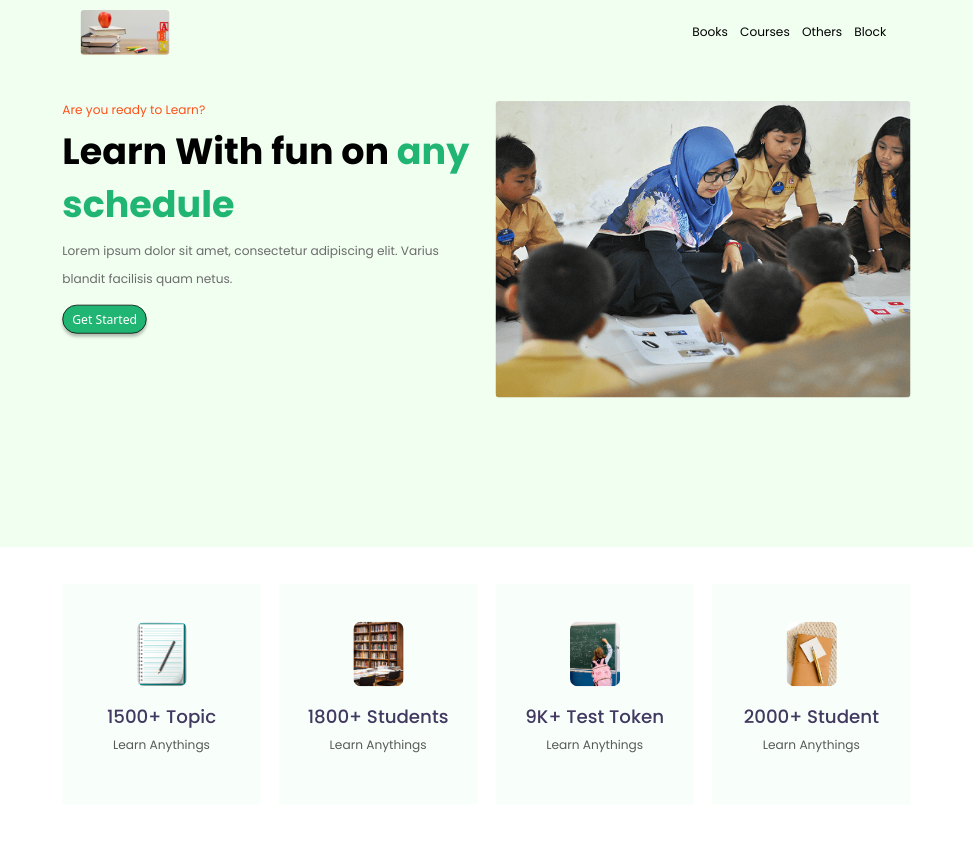
Repository: zjria/Figma-to-E-school
Page: index.html
The author's editor kept a copy of each file at every save. The page is drawn from the files as they stood at one save, then again after the next save.
The browser window is 1280 px wide. The pictures show the whole page, at 76% of full size.
Some web libraries are served in a nearby version.

Above is the page before, as saved 2022-05-07 07:06:18.

### index.html
<!doctype html>
<html lang="en">
  <head>
    <!-- Required meta tags -->
    <meta charset="utf-8">
    <meta name="viewport" content="width=device-width, initial-scale=1">
    <title>E-School</title>

    <!-- Google Font family -->
    <link rel="preconnect" href="https://fonts.googleapis.com">
    <link rel="preconnect" href="https://fonts.gstatic.com" crossorigin>
    <link href="https://fonts.googleapis.com/css2?family=Poppins:wght@100;300;400;500;600;700;800;900&display=swap" rel="stylesheet">
    <!-- Bootstrap CSS -->
    <link href="https://cdn.jsdelivr.net/npm/bootstrap@5.0.2/dist/css/bootstrap.min.css" rel="stylesheet">
    <!-- Font awesome -->
    <link rel="stylesheet" href="https://cdnjs.cloudflare.com/ajax/libs/font-awesome/6.1.1/css/all.min.css">
    <!-- custom css -->
    <link rel="stylesheet" href="style.css">
  </head>
  <body>
    <section class="hero-section">
        <div class="container">
            <div class="row">
                <nav class="navbar navbar-expand-md navbar-light">
                    <div class="container-fluid">
                      <a class="navbar-brand" href="#"><img class="img-fluid rounded-3" src="images/logo.png" alt=""></a>
                      <button class="navbar-toggler" type="button" data-bs-toggle="collapse" data-bs-target="#navbarSupportedContent" aria-controls="navbarSupportedContent" aria-expanded="false" aria-label="Toggle navigation">
                        <span class="navbar-toggler-icon"></span>
                      </button>
                      <div class="collapse navbar-collapse" id="navbarSupportedContent">
                        <ul class="navbar-nav me-auto mb-2 mb-lg-0">
                          <li class="nav-item">
                            <a class="nav-link" href="#">Books</a>
                          </li>
                          <li class="nav-item">
                            <a class="nav-link" href="#">Courses</a>
                          </li>
                          <li class="nav-item">
                            <a class="nav-link" href="#">Others</a>
                          </li>
                          <li class="nav-item">
                            <a class="nav-link" href="#">Block</a>
                          </li>
                        </ul>

                      </div>
                    </div>
                  </nav>
            </div>
            <!-- Header Content Section -->
            <div class="row pt-5">
              <div class="col-md-6 hero-content">
                <h5>Are you ready to Learn?</h5>
                <h1>Learn With fun on <span>any schedule</span></h1>
                <p>Lorem ipsum dolor sit amet, consectetur adipiscing elit. Varius blandit facilisis quam netus.</p>
                <a href="" class="btn btn-custom">Get Started</a>
              </div>
              <div class="col-md-6">
                <img src="images/hero-img.png" class="img-fluid rounded-3" alt="">
              </div>
            </div>
        </div>
    </section>

     <!-- Feature -->
     <section class="feature mt-5 mb-5">
      <div class="container">
        <div class="row">
          <div class="col-md-3">
            <div class="feature-content text-center">
              <img src="images/price-1.png" class="img-fluid" alt="">
              <h3>1500+ Topic</h3>
              <p>Learn Anythings</p>
            </div>
          </div>
          <div class="col-md-3">
            <div class="feature-content text-center">
              <img src="images/price-2.png" class="img-fluid" alt="">
              <h3>1800+ Students</h3>
              <p>Learn Anythings</p>
            </div>
          </div>
          <div class="col-md-3">
            <div class="feature-content text-center">
              <img src="images/price-3.png" class="img-fluid" alt="">
              <h3>9K+ Test Token</h3>
              <p>Learn Anythings</p>
            </div>
          </div>
          <div class="col-md-3">
            <div class="feature-content text-center">
              <img src="images/price-4.png" class="img-fluid" alt="">
              <h3>2000+ Student</h3>
              <p>Learn Anythings</p>
            </div>
          </div>
        </div>
      </div>
     </section>

     <!-- Online Course -->
     <section class="online-course">

     </section>






    <!-- Option 1: Bootstrap Bundle with Popper -->
    <script src="https://cdn.jsdelivr.net/npm/bootstrap@5.0.2/dist/js/bootstrap.bundle.min.js"></script>
  </body>
</html>

### style.css
/* font-family: 'Poppins', sans-serif; */
.hero-section{
    background: #F0FFF0;
    min-height: 100vh;
}
.navbar-light .navbar-nav .nav-link {
    color: rgb(0, 0, 0);
    font-family: 'Poppins', sans-serif;
    font-style: normal;
    font-weight: 400;
    font-size: 16px;
    line-height: 24px;
}
.navbar-light .navbar-nav .nav-link:hover {
    color: #C2B49D;
}
.navbar-brand img{
    width: 15%;
}
.hero-content h5 {
    font-family: 'Poppins';
    font-style: normal;
    font-weight: 400;
    font-size: 16px;
    line-height: 24px;
    color: #FD511A;
}
.hero-content h1 {
    font-family: 'Poppins';
    font-style: normal;
    font-weight: 700;
    font-size: 48px;
    line-height: 70px;
    color: #000000;
}
.hero-content h1 span{
    color: #21B573
}
.hero-content p {
    font-family: 'Poppins';
    font-style: normal;
    font-weight: 400;
    font-size: 16px;
    line-height: 36px;
    color: #6C6B6B;
}
.btn-custom{
    background: #21B573;
    border: 1px solid #000000;
    box-shadow: 0px 4px 4px rgba(0, 0, 0, 0.25);
    border-radius: 33px;
    color: #fff;
}
.feature-content{
    background: #F8FFFB;
    padding: 50px 0;
}
.feature-content img{
    width: 66px;
    height: 85px;
    margin-bottom: 22px;
    border-radius: 10px;

}
.feature-content h3{
font-family: 'Poppins';
font-style: normal;
font-weight: 500;
font-size: 24px;
line-height: 36px;color: #413960;
}
.feature-content p{
font-family: 'Poppins';
font-style: normal;
font-weight: 400;
font-size: 16px;
line-height: 24px;color: #585859;
}
.feature-content:hover{
    background: #FFFFFF;
    box-shadow: 0px 20px 40px rgba(0, 0, 0, 0.1);
    border-radius: 10px;
}

After the next save:
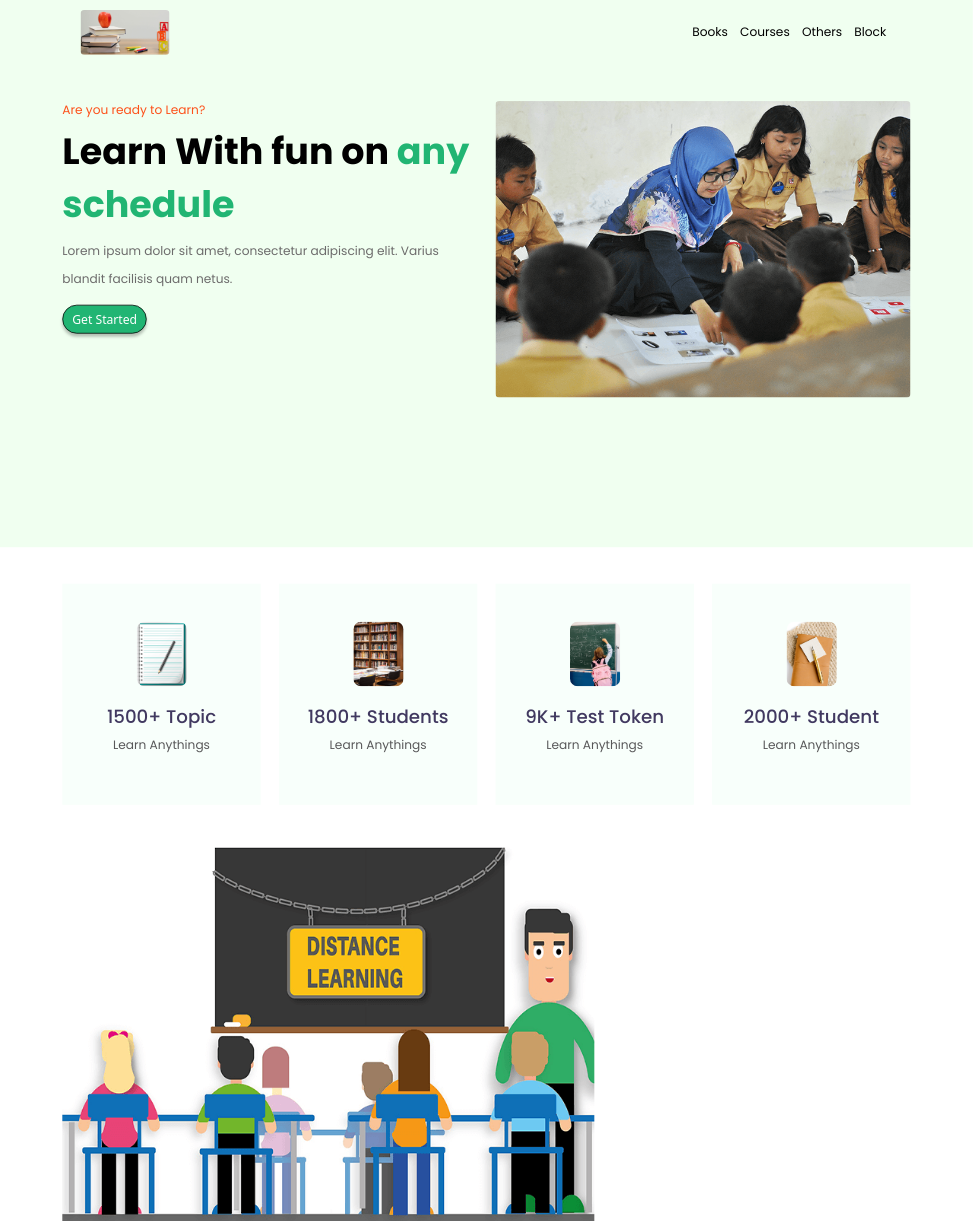
Saved 3 min 28 s later.
--- a/index.html
+++ b/index.html
@@ -100,7 +100,13 @@
 
      <!-- Online Course -->
      <section class="online-course">
-
+       <div class="container">
+         <div class="row">
+           <div class="course">
+             <img src="images/online-1.png" class="img-fluid" alt="">
+           </div>
+         </div>
+       </div>
      </section>
 
 
